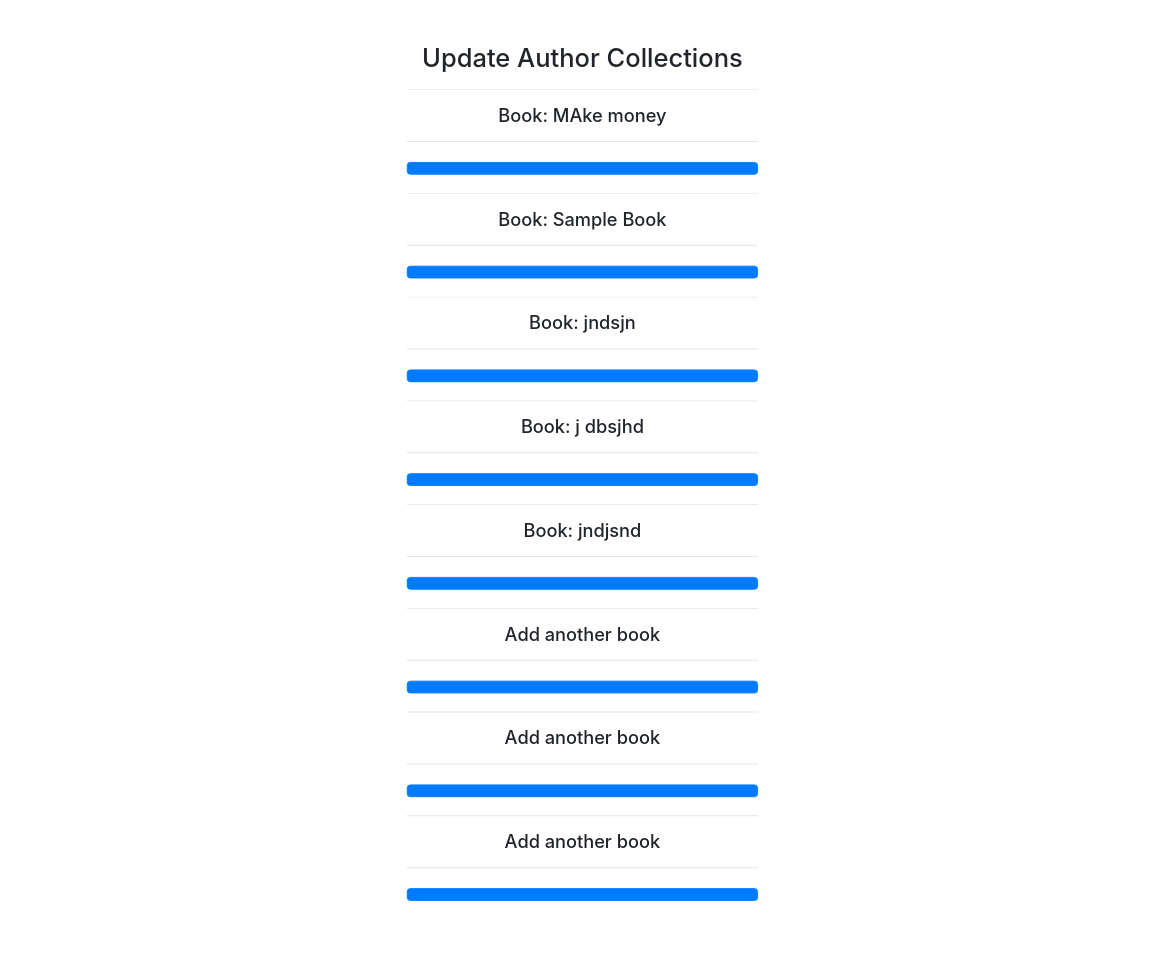
Repository: Temur-Sufiyanov/CBV
Page: http://localhost/author/1/books/edit/
These files come from the project's save history. The page is drawn as it stood at one moment and after the next save; the edit follows.
The browser window is 1280 px wide. The pictures show the whole page, at 91% of full size.
The page is served by the project's application, run on Django 5.2 (manage.py). The page reads the database file committed with the project.

Above is the page before, as saved 2024-12-21 19:47:04.

After the next save:
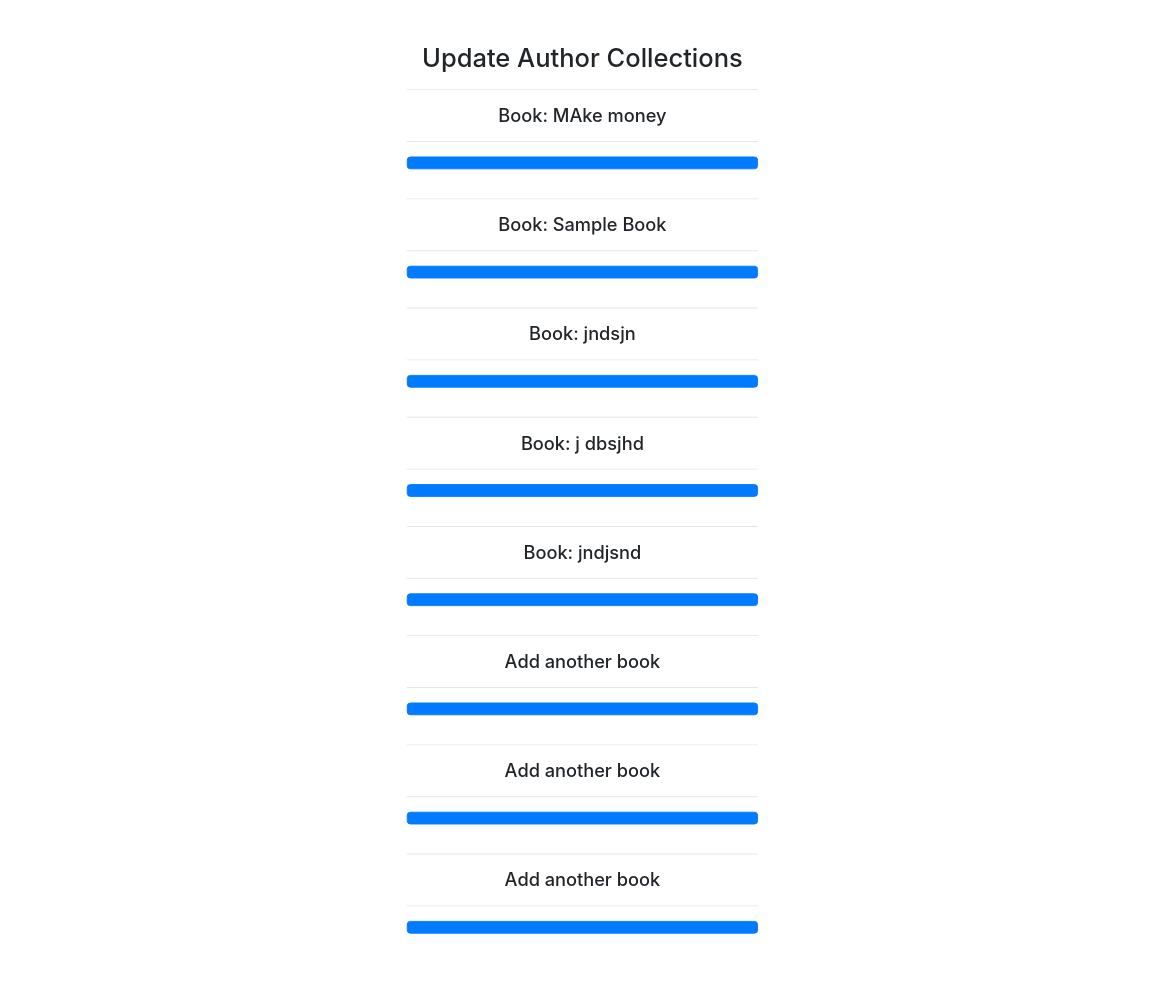
Saved 11 s later.
--- a/new_books/templates/new_books/author_books_edit.html
+++ b/new_books/templates/new_books/author_books_edit.html
@@ -26,7 +26,7 @@
                 </table>
                 <p>
                     <hr>
-                    <button type="submit" class="btn btn-primary w-100 "></button>
+                    <button type="submit" class="btn btn-primary w-100 mb-3"></button>
                 </p>
             </h5>
         {% endfor %}
